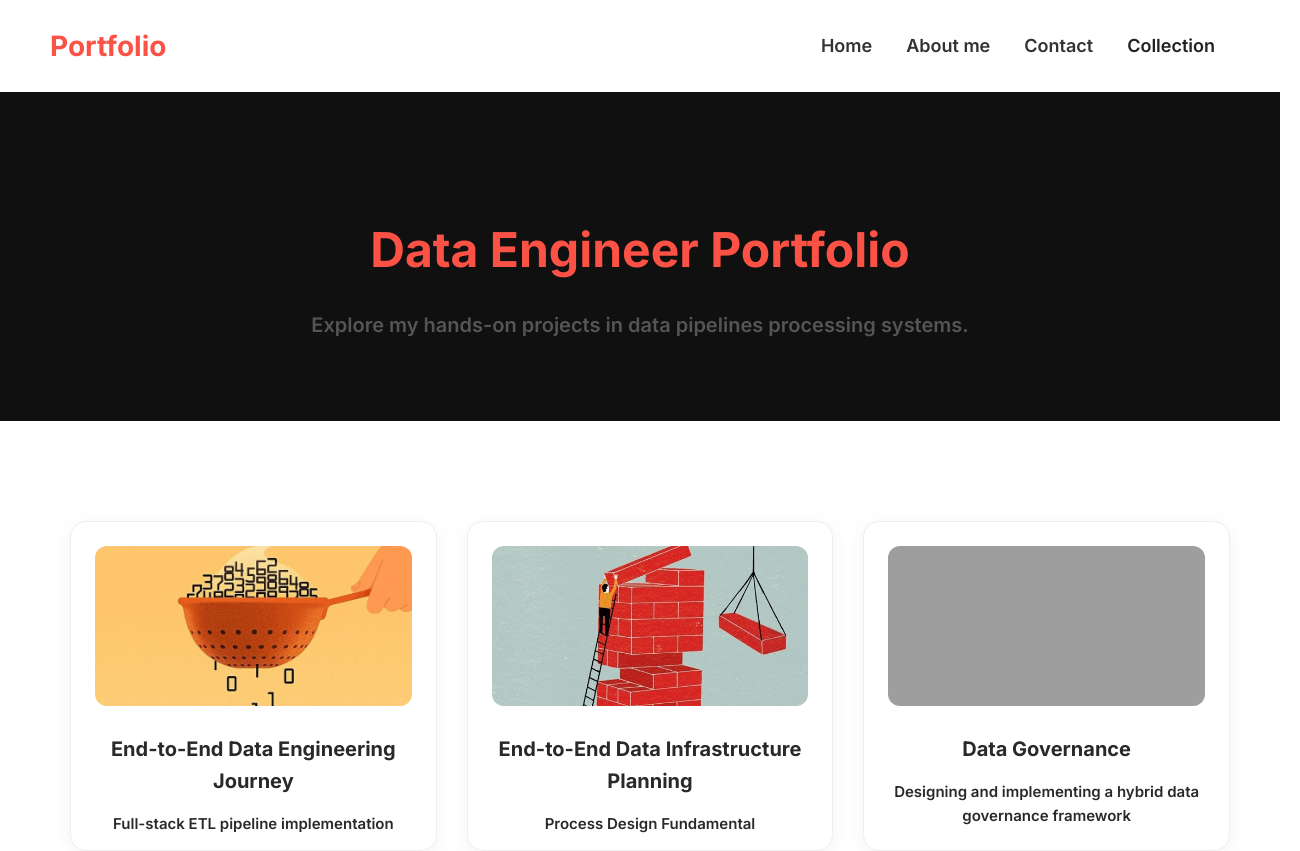
Repository: Wipas1919/Archive-portfolio
Page: projects/data-engineer.html
These files come from the project's save history. The page is drawn as it stood at one moment and after the next save; the edit follows.
The browser window is 1280 px wide. The page is 1300 px wide, so the pictures cover 1300 px, including what lies to the right of the window. The pictures show the whole page.
Pictures or frames that could not be fetched are drawn as grey boxes.

Above is the page before, as saved 2025-06-01 20:53:02.

### projects/data-engineer.html
<!-- Cleaned and updated on 2025-05-25 -->
<!DOCTYPE html>
<html lang="en">
<head>
  <meta charset="UTF-8" />
  <meta name="viewport" content="width=device-width, initial-scale=1.0"/>
  <title>Data Engineer | Portfolio</title>
  <link href="https://fonts.googleapis.com/css2?family=Inter:wght@600;700&display=swap" rel="stylesheet">
  <link rel="stylesheet" href="../style/main.css">
  <style>
    body {
      font-family: 'Inter', sans-serif;
    }
    .cover {
      background: linear-gradient(135deg, #101010, #101010);
      padding: 80px 20px;
      text-align: center;
    }
    .cover h1 {
      font-size: 48px;
      color: #fc5246;
      margin-bottom: 20px;
    }
    .cover p {
      font-size: 20px;
      color: #555;
      max-width: 700px;
      margin: 0 auto;
    }

    .project-cards h3 {
      text-align: center;
      font-size: 28px;
      margin-top: 60px;
      margin-bottom: 30px;
    }

    .card-grid {
      display: grid;
      grid-template-columns: repeat(auto-fit, minmax(280px, 1fr));
      gap: 30px;
      padding: 0 20px;
    }

    .card {
      display: block;
      background: #fff;
      border-radius: 16px;
      box-shadow: 0 4px 20px rgba(0, 0, 0, 0.05);
      padding: 24px;
      text-align: center;
      transition: transform 0.3s;
      text-decoration: none !important;
      color: inherit !important;
      cursor: pointer;
    }

    .card:hover {
      transform: translateY(-5px);
    }

    .card img {
      width: 100%;
      height: 160px;
      object-fit: cover;
      border-radius: 12px;
      margin-bottom: 16px;
    }

    .card h4 {
      font-size: 20px;
      margin-bottom: 8px;
      color: #222;
    }

    .card p {
      color: #666;
      font-size: 15px;
    }

    /* Make sure visited or active links do not change color or show underline */
    .card:visited,
    .card:hover,
    .card:focus,
    .card:active,
    .card *,
    .card *:visited,
    .card *:hover,
    .card *:focus,
    .card *:active {
      color: inherit !important;
      text-decoration: none !important;
    }

    .dropdown-wrapper {
      position: relative;
      display: inline-block;
    }

    .dropbtn {
      font-weight: 600;
      cursor: pointer;
      color: #222;
      text-decoration: none;
      margin-left: 15px;
    }

    .dropdown-content {
      display: none;
      position: absolute;
      top: 100%;
      right: 0;
      background-color: #ffffff;
      min-width: 220px;
      border-radius: 12px;
      box-shadow: 0 10px 25px rgba(0, 0, 0, 0.08);
      overflow: hidden;
      padding: 10px 0;
      z-index: 999;
    }

    .dropdown-wrapper:hover .dropdown-content {
      display: block;
    }

    .dropdown-content a {
      display: block;
      padding: 12px 20px;
      color: #222;
      text-decoration: none;
      font-size: 15px;
      transition: background-color 0.2s ease, color 0.2s ease;
    }

    .dropdown-content a:hover {
      background-color: #eaeaea;
      color: #fd3a2d;
    }
  </style>
</head>
<body>
  <div id="page-loader"><div class="spinner"></div></div>

  <header>
    <div class="container">
      <h1 class="logo" style="font-family: 'Inter', sans-serif; font-weight: 700; font-size: 28px; color: #fc5246;">Portfolio</h1>
      <nav class="nav-right">
        <a href="../index.html">Home</a>
        <a href="../index.html#about">About me</a>
        <a href="../index.html#contact">Contact</a>
        <div class="dropdown-wrapper">
          <a href="#" class="dropbtn">Collection</a>
          <div class="dropdown-content">
            <a href="data-engineer.html">Data Engineer</a>
            <a href="business-analysis.html">Business Analysis</a>
            <a href="bi-solutions.html">Business Intelligent</a>
            <a href="strategic-data.html">Data-Driven</a>
            <a href="cloud-cert.html">Certification</a>
            <a href="data-integration.html">Data Product</a>
          </div>
        </div>
      </nav>
    </div>
  </header>

  <!-- Cover / Hero Section -->
  <section class="cover">
    <h1>Data Engineer Portfolio</h1>
    <p>Explore my hands-on projects in data pipelines processing systems.</p>
  </section>

  <!-- Project Cards Section -->
  <section class="project-cards container" id="project-cards">
    <div class="card-grid" id="card-container"></div>
  </section>

  <script>
    const cardsContainer = document.getElementById("card-container");
    const projectId = "data-engineer";

    fetch("../data/projects.json")
      .then(res => res.json())
      .then(data => {
        const p = data[projectId];
        if (!p || !p.projects?.length) {
          cardsContainer.innerHTML = "<p>No projects found.</p>";
          return;
        }
        cardsContainer.innerHTML = p.projects.map(proj => `
          <a href="project.html?id=${proj.slug}" class="card">
            <img src="${proj.image}" alt="${proj.title}" />
            <h4>${proj.title}</h4>
            <p>${proj.description}</p>
          </a>
        `).join("");
      })
      .catch(err => {
        cardsContainer.innerHTML = "<p>Error loading data.</p>";
        console.error(err);
      });
  </script>
</body>
</html>

### style/main.css
/* ตั้งค่าพื้นฐาน */
body {
  margin: 0;
  font-family: 'Poppins', sans-serif;
  background: #ffffff;
  color: #292929;
  line-height: 1.6;
  scroll-behavior: smooth;
  user-select: none;
  -webkit-user-select: none;
  -ms-user-select: none;
}

img {
  max-width: 100%;
  height: auto;
  display: block;
}

.container {
  width: 100%;
  max-width: 1200px;
  margin: 0 auto;
  padding: 0 50px; /* เพิ่ม padding ด้านข้าง */
}

@media screen and (max-width: 767px) {
  .container { padding: 0 16px; }
  .hero h2 { font-size: 36px; }
  .hero p { font-size: 18px; }
  .card-grid { grid-template-columns: 1fr; }
  nav a { font-size: 14px; }
  .hero-content { flex-direction: column; }
  .about-image img { width: 100%; }
}

@media screen and (min-width: 768px) and (max-width: 1024px) {
  .hero h2 { font-size: 48px; }
  .card-grid { grid-template-columns: repeat(2, 1fr); }
}

@media screen and (max-width: 480px) {
  h2, .section-title { font-size: 28px; }
  .hero h2 { font-size: 28px; }
  .hero p, .section-description, .about-text p, .card p { font-size: 16px; }
  .btn { padding: 10px 20px; font-size: 16px; }
}

/* Navbar */
header {
  background: #fff;
  padding: 5px 0;
  display: flex;
  justify-content: space-between;
  align-items: center;
  border-bottom: 0px solid #eee;
  position: sticky;
  top: 0;
  z-index: 100;
}

header .container {
  display: flex;
  align-items: center;
  justify-content: space-between;
}

.logo {
  font-family: 'Poppins', serif;
  font-size: 30px;
  color: #fc5246;
}

nav a {
  margin: 0 15px;
  color: #333;
  text-decoration: none;
  font-weight: 600;
  font-size: 18px;
}

nav a:hover {
  color: #fd3a2d;
}

/* ปุ่มหลักของเมนู dropdown */
.dropdown-wrapper {
  position: relative;
  display: inline-block;
}

.dropbtn {
  font-weight: 600;
  cursor: pointer;
  color: #222;
  transition: color 0.3s ease;
}

.dropbtn:hover {
  color: #fd3a2d;
}

/* เมนูที่แสดงเมื่อ hover */
.dropdown-content {
  display: none;
  position: absolute;
  top: 100%;
  right: 0;
  background-color: #ffffff;
  min-width: 220px;
  border-radius: 12px;
  box-shadow: 0 10px 25px rgba(0, 0, 0, 0.08);
  overflow: hidden;
  padding: 10px 0;
  z-index: 999;
}

/* แสดงเมื่อ hover */
.dropdown-wrapper:hover .dropdown-content {
  display: block;
}

/* ลิงก์ใน dropdown */
.dropdown-content a {
  display: block;
  padding: 12px 20px;
  color: #222;
  text-decoration: none;
  font-size: 15px;
  transition: background-color 0.2s ease, color 0.2s ease;
}

/* Hover effect ของลิงก์ */
.dropdown-content a:hover {
  background-color: #eaeaea;
  color: #fd3a2d;
}

.hero-animation {
  margin-top: 10px;
  display: flex;
  justify-content: right;
}

/* Hero Section */
.hero {
  position: relative;
  height: 60vh;
  display: flex;
  align-items: center;
  justify-content: center;
  flex-direction: column;
  text-align: center;
  background: #000000;
  color: #ffffff;
}

#hero-background {
  position: absolute;
  top: 0;
  left: 0;
  width: 100%;
  height: 100%;
  z-index: 0;
}

.hero-content {
  position: relative;
  z-index: 1;
  width: 100%;
  max-width: 1200px;
  padding-left: 5vw;
  padding-right: 5vw;
  text-align: left;
  align-items: flex-start;
}

.hero h2 {
  font-size: 60px;
  margin-bottom: 10px;
  line-height: 1.2;
  color: #ececec;
}

.hero p {
  font-size: 30px;
  margin-bottom: 30px;
  color: #ececec;
}

.btn, .hero .btn {
  display: inline-block;
  background: #fd3a2d;
  color: #fff;
  padding: 14px 36px;
  border-radius: 30px;
  text-decoration: none;
  font-weight: bold;
  font-size: 18px;
  transition: background 0.3s;
}

.btn:hover, .hero .btn:hover {
  background: #252525;
}

/* Sections */
section {
  padding: 100px 0;
  text-align: center;
}

/* About Section */
.about-grid {
  display: flex;
  align-items: center;
  justify-content: center;
  gap: 50px;
  flex-wrap: wrap;
}

.about-image img {
  width: 500px;
  height: auto;
  object-fit: cover;
  border-top-left-radius: 0;
  border-top-right-radius: 0;
  border-bottom-left-radius: 200px;
  border-bottom-right-radius: 200px;
}

.about-text {
  max-width: 500px;
  text-align: left;
}

.about-text h2 {
  margin-bottom: 20px;
}

.about-text p {
  font-size: 18px;
  color: #666;
}

/* Timeline */
.timeline-item {
  position: relative;
  margin-bottom: 30px;
}

.timeline-dot {
  width: 14px;
  height: 14px;
  background-color: #fd3a2d;
  border-radius: 50%;
  position: absolute;
  left: -8px;
  top: 0;
}

.timeline-content {
  margin-left: 20px;
}

.timeline-content h4 {
  margin: 0;
  font-size: 18px;
  color: #333;
  font-weight: 600;
}

.timeline-content p {
  margin: 5px 0 0;
  font-size: 16px;
  color: #666;
}

/* Projects Section */
#projects {
  margin-bottom: 10px;
}

.card-grid {
  display: grid;
  grid-template-columns: repeat(3, 1fr); /* สำคัญ: 3 คอลัมน์ */
  gap: 20px;
  margin-top: 100px;
}


.card {
  background: #ffffff;
  padding: 30px;
  border-radius: 12px;
  max-height: 280px;
  text-align: center;
  transition: box-shadow 0.3s;
  border: 1px solid #eee;
}

.card:hover {
  box-shadow: 0 8px 20px rgba(0, 0, 0, 0.1);
}

.card-icon img {
  width: 40px;
  height: 40px;
  margin-bottom: 20px;
}

.card h3 {
  font-size: 18px;
  margin-bottom: 15px;
  color: #333;
}

.card p {
  font-size: 16px;
  color: #666;
}

/* Contact Section */
.contact {
  background: rgba(255, 255, 255, 0.5); /* 1 = โปร่งแสง 50% */
  text-align: center;
}

.section-subtitle {
  text-transform: uppercase;
  font-size: 18px;
  letter-spacing: 1.5px;
  color: #4e4e4e;
  margin-bottom: 10px;
}

h2 {
  font-size: 36px;
  color: #292929
}


.section-title {
  font-size: 36px;
  margin-bottom: 10px;
  color: #2e2e2e;
}

.section-description {
  font-size: 18px;
  margin-bottom: 40px;
  color: #4e4e4e;
}

.contact-grid {
  display: grid;
  grid-template-columns: repeat(auto-fit, minmax(280px, 1fr));
  gap: 20px;
  margin-top: 40px;
}

.contact-card.glass {
  background: rgba(255, 255, 255, 0.15);
  backdrop-filter: blur(12px);
  -webkit-backdrop-filter: blur(12px);
  border-radius: 20px;
  padding: 24px;
  border: 1px solid rgba(255, 255, 255, 0.3);
  box-shadow: 0 8px 32px rgba(0, 0, 0, 0.1);
  transition: transform 0.3s ease, box-shadow 0.3s ease;
  text-align: center;
}

.contact-card.glass:hover {
  transform: scale(1.05);
  box-shadow: 0 12px 28px rgba(0, 0, 0, 0.15);
}

.contact-icon {
  display: flex;
  flex-direction: column;
  align-items: center;
  justify-content: center; /* 🔥 เพิ่มบรรทัดนี้เพื่อจัดไอคอนแนวดิ่ง */
  height: 100px; /* ✅ ปรับความสูงให้เหมาะสม */
  margin-bottom: 12px;
}


.contact-icon img {
  width: 48px;
  height: 48px;
  margin-bottom: 12px;
  transition: transform 0.3s ease;
}

.contact-card.glass:hover .contact-icon img {
  transform: scale(1.15);
}

/* Footer */
footer {
  background: #f5f5f5;
  padding: 20px 0;
  font-size: 14px;
  color: #4d4d4d;
}

.footer-container {
  display: flex;
  justify-content: space-between;
  align-items: center;
  flex-wrap: wrap;
}

.social-links {
  display: flex;
  gap: 20px;
}

.social-links a img {
  width: 30px;
  height: 30px;
  transition: transform 0.3s ease;
}

.social-links a img:hover {
  transform: scale(1.2);
}

#hero-background {
  position: absolute;
  top: 0;
  left: 0;
  height: 100%;
  width: 100%;
  z-index: 0;
  overflow: hidden;
}
.hero-content {
  position: relative;
  z-index: 1;
}

/* animation-data */
.hero-content {
  display: flex;
  justify-content: space-between;
  align-items: center;
  flex-wrap: wrap;
  gap: 40px;
}

.hero-text {
  flex: 1 1 55%;
}

.hero-animation {
  flex: 1 1 40%;
  display: flex;
  justify-content: center;
  align-items: center;
}

/* ===== Page Loader & Smooth Scroll ===== */
html{scroll-behavior:smooth;}

#page-loader{
  position:fixed;inset:0;display:grid;place-items:center;
  background:#ffffff;z-index:9999;opacity:1;
  transition:opacity .0.5s ease;
}
#page-loader .spinner{
  width:32px;height:32px;border:4px solid #e5e5e5;
  border-top-color:#ff694b;border-radius:50%;
  animation:spin .8s linear infinite;
}
@keyframes spin{to{transform:rotate(360deg)}}

body.loaded #page-loader{opacity:0;pointer-events:none;}
body.fade-out{opacity:0;transition:opacity .0.5s ease;}

@keyframes hideLoaderFallback{to{opacity:0;pointer-events:none;}}
#page-loader{animation:hideLoaderFallback 0.5s forwards 0.5s;}



/* ====  Reusable Card Component  ================================== */
.card {
  background: #ffffff;
  border: 1px solid #eee;
  border-radius: 12px;
  padding: 24px;
  text-align: center;
  box-shadow: 0 4px 12px rgba(0,0,0,.05);
  transition: transform .3s ease, box-shadow .3s ease;
}
.card:hover {
  transform: translateY(-6px);
  box-shadow: 0 12px 25px rgba(0,0,0,.1);
}

.card__icon{
  display:flex;
  flex-direction:column;
  align-items:center;
  justify-content:center;
  height:100px;
  margin-bottom:12px;
}
.card__icon img{
  width:48px;
  height:48px;
  transition: transform .3s ease;
}
.card:hover .card__icon img{
  transform:scale(1.15);
}

/* Variant – project card (clickable) */
.card--project{cursor:pointer;}

/* Variant – glassmorphism contact card */
.card--glass{
  background: rgba(255,255,255,.15);
  backdrop-filter: blur(12px);
  -webkit-backdrop-filter: blur(12px);
  border: 1px solid rgba(255,255,255,.3);
  box-shadow: 0 8px 32px rgba(0,0,0,.1);
}

/* Grids */

.card-grid--contact{
  display:grid;
  grid-template-columns: repeat(auto-fit,minmax(280px,1fr));
  gap:20px;
  margin-top:40px;
}

/* Remove legacy duplicate styles */
.contact-card, .contact-card.glass, .glass-card{
}/* project */

.project-blog {
  max-width: 800px;
  margin: 80px auto;
  padding: 0 20px;
  font-family: 'Inter', sans-serif;
}

.project-blog h1 {
  font-size: 36px;
  font-weight: 700;
  margin-bottom: 20px;
  text-align: center;
  color: #222;
}

.project-blog .tag {
  display: inline-block;
  background: #eeeeee;
  color: #333;
  padding: 6px 12px;
  margin: 0 8px 20px 0;
  border-radius: 20px;
  font-size: 14px;
}

.project-blog p {
  font-size: 18px;
  color: #444;
  line-height: 1.7;
  margin-bottom: 24px;
}

.project-blog img {
  width: 100%;
  border-radius: 10px;
  margin: 30px 0;
  box-shadow: 0 8px 30px rgba(0,0,0,0.08);
}

/* button */
.back-float-btn {
  position: fixed;
  bottom: 30px;
  left: 50%;
  transform: translateX(-50%);
  background-color: #fc5246;
  color: white;
  padding: 10px 24px;
  font-size: 14px;
  border-radius: 30px;
  box-shadow: 0 4px 16px rgba(0, 0, 0, 0.1);
  cursor: pointer;
  z-index: 9999;
  text-align: center;
  font-family: 'Inter', sans-serif;
  transition: background 0.3s ease;
  width: auto;       /* ปรับให้ขนาดพอดีกับเนื้อหา */
  max-width: 200px;  /* จำกัดไม่ให้ปุ่มกว้างเกินไป */
}

.back-float-btn:hover {
  background-color: #e6483c;
}

@media (max-width: 768px) {
  .back-float-btn {
    padding: 9px 18px;
    font-size: 13px;
    bottom: 20px;
  }
/* ===== FINAL OVERRIDE ===== */
.contact-card a {
  color: inherit !important;
  text-decoration: none !important;
}

.contact-card a:visited {
  color: inherit !important;
  text-decoration: none !important;
}

.contact-card a:hover,
.contact-card a:focus,
.contact-card a:active {
  color: inherit !important;
  text-decoration: none !important;
}

/* ===== Card grid (Projects) enforce 3-column on desktop ===== */
@media (min-width: 1024px){
  .card-grid--projects{
    grid-template-columns: repeat(3, 1fr);
  }
}
/* 2 columns on tablets */
@media (min-width: 640px) and (max-width: 1023px){
  .card-grid--projects{
    grid-template-columns: repeat(2, 1fr);
  }
}
/* 1 column on small screens (default) */
}

/* ===== DESKTOP-ONLY MODE (CSS BLOCK) =====
   Hide entire site below 1024px width and show full-screen notice
--------------------------------------------------------------- */
@media (hover: none) and (pointer: coarse){
  /* Hide all real content */
  body > * { display: none !important; }

  /* Full-screen notice */
  body::before{
    content: "This site is designed for desktop browsers only.\A Please visit on a larger screen.";
    white-space: pre-line;
    position: fixed;
    inset: 0;
    background: #ffffff;
    color: #000000;
    padding: 40px 24px;
    display: flex;
    align-items: center;
    justify-content: center;
    font-family: "Poppins", sans-serif;
    font-size: 18px;
    line-height: 1.4;
    text-align: center;
    z-index: 99999;
  }

  /* Prevent horizontal scroll */
  html, body{ overflow: hidden; }
}

.project-blog strong {
  font-size: 1.4em;   /* 110 % ของขนาดปกติในย่อหน้านั้น */
  font-weight: 800;
}

### data/projects.json
{
  "data-engineer": {
    "projects": [
      {
        "title": "End-to-End Data Engineering Journey",
        "slug": "End-to-End Data Engineering Journey",
        "description": "Full-stack ETL pipeline implementation",
        "image": "/images/data-engineers.jpg"
      },
      {
        "title": "End-to-End Data Infrastructure Planning",
        "slug": "End-to-End Data Infrastructure Planning",
        "description": "Process Design Fundamental",
        "image": "/images/data-foundamatal.jpg"
      },
      {
        "title": "Data Governance",
        "slug": "Data Governance",
        "description": "Designing and implementing a hybrid data governance framework",
        "image": "/images/data-governance.jpg"
      }
    ]
  },
  "business-analysis": {
    "title": "Business Analysis",
    "description": "Transform data into insights for decision-making.",
    "image": "../images/ba.svg",
    "overview": "Analyzed survey and operational data to support marketing strategy.",
    "contributions": [
      "Designed data collection forms",
      "Used SQL & Power BI for analysis",
      "Presented insights to leadership"
    ],
    "tools": [
      "Excel",
      "SQL",
      "Power BI",
      "Survey Analysis"
    ],
    "impact": "Helped increase campaign engagement by 30%",
    "projects": [
      {
        "title": "post-event analysis",
        "slug": "post-event analysis",
        "description": "Built interactive dashboards to monitor sentiment trends.",
        "image": "/images/post-event.png"
      },
      {
        "title": "New insights are cooking",
        "slug": "campaign-performance-analysis",
        "description": "preparing something worth the wait.",
        "image": "/images/upcoming-cover.png"
      },
      {
        "title": "New insights are cooking",
        "slug": "operational-kpi-tracking",
        "description": "preparing something worth the wait.",
        "image": "/images/upcoming-cover.png"
      }
    ]
  },
  "bi-solutions": {
    "title": "Business Intelligent",
    "projects": [
      {
        "title": "Dashboard Routine",
        "description": "Designed Power BI dashboard to visualize sales KPIs across regions.",
        "image": "/images/bi-routine-1.png",
        "slug": "bi-sales-performance"
      },
      {
        "title": "Dashboard Near-real time",
        "description": "Used data visualization to cluster customer segments based on behavior.",
        "image": "/images/bi-routine-2.png",
        "slug": "bi-customer-segmentation"
      },
      {
        "title": "KPI Overview",
        "description": "Built interactive dashboards to summarize high-level KPIs for executives.",
        "image": "/images/bi-routine-3.png",
        "slug": "bi-kpi-overview"
      }
    ]
  },
  "strategic-data": {
    "title": "Data-Driven",
    "projects": [
      {
        "title": "Assistant Speaker Trend Technoligies ",
        "description": "Developed a data-driven framework to analyze campaign performance across channels.",
        "image": "/images/bi-routine-4.jpg",
        "slug": "marketing-insight-framework"
      },
      {
        "title": "Power BI Training",
        "description": "Created visualizations from IoT sensor data to optimize event space usage.",
        "image": "/images/bi-routine-5.jpg",
        "slug": "event-analytics-dashboard"
      },
      {
        "title": "Coming Soon!",
        "description": "Designed end-to-end system for converting analytics into automated decisions.",
        "image": "/images/upcoming-cover.png",
        "slug": "decision-intelligence-system"
      }
    ]
  },
  "data-integration": {
    "title": "Data Product",
    "projects": [
      {
        "title": "Chat AI for web-event",
        "description": "Built backend pipeline to integrate chatbot logs into Datamart for insights.",
        "image": "/images/bi-routine-6.png",
        "slug": "chatbot-analytics-pipeline"
      },
      {
        "title": "Hr Recuddtor Macthing",
        "description": "Created dynamic reporting tool from MySQL and PostgreSQL for internal teams.",
        "image": "/images/upcoming-cover.png",
        "slug": "self-service-report-generator"
      },
      {
        "title": "Comming Soon!",
        "description": "Aggregated customer voice data into a single source for product decisions.",
        "image": "/images/upcoming-cover.png",
        "slug": "customer-feedback-hub"
      }
    ]
  },
  "cloud-cert": {
  "title": "Certification",
  "projects": [
    {
      "title": "Comming Soon!",
      "description": "Demonstrated foundational knowledge of GCP services and architecture.",
      "image": "/images/upcoming-cover.png",
      "slug": "gcp-certification"
    },
    {
      "title": "Comming Soon!",
      "description": "Comming Soon!",
      "image": "/images/upcoming-cover.png",
      "slug": "aws-certification"
    },
    {
      "title": "Comming Soon!",
      "description": "Comming Soon!",
      "image": "/images/upcoming-cover.png",
      "slug": "azure-certification"
    }
  ]
}
}

After the next save:
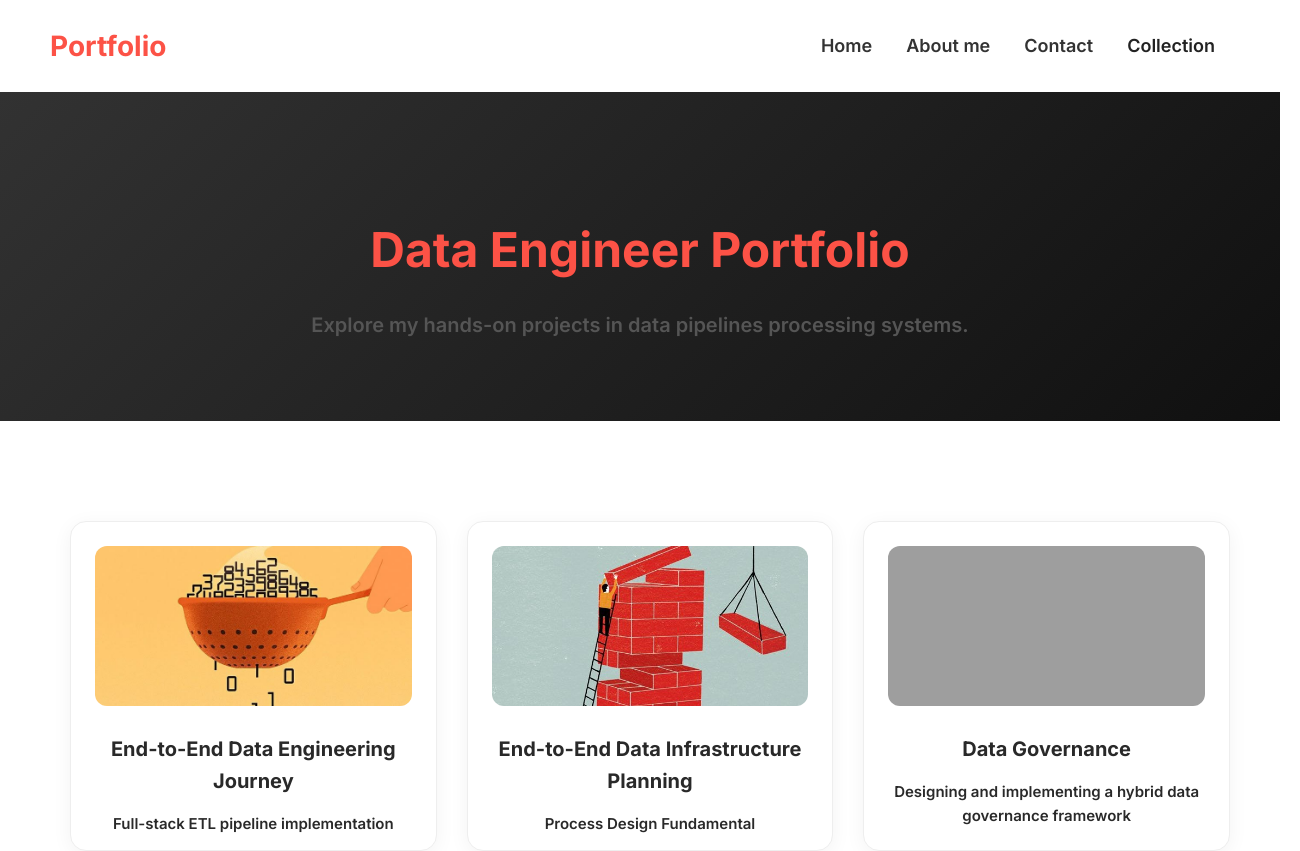
Saved 13 s later.
--- a/projects/data-engineer.html
+++ b/projects/data-engineer.html
@@ -12,7 +12,7 @@
       font-family: 'Inter', sans-serif;
     }
     .cover {
-      background: linear-gradient(135deg, #101010, #101010);
+      background: linear-gradient(135deg, #323232, #101010);
       padding: 80px 20px;
       text-align: center;
     }
